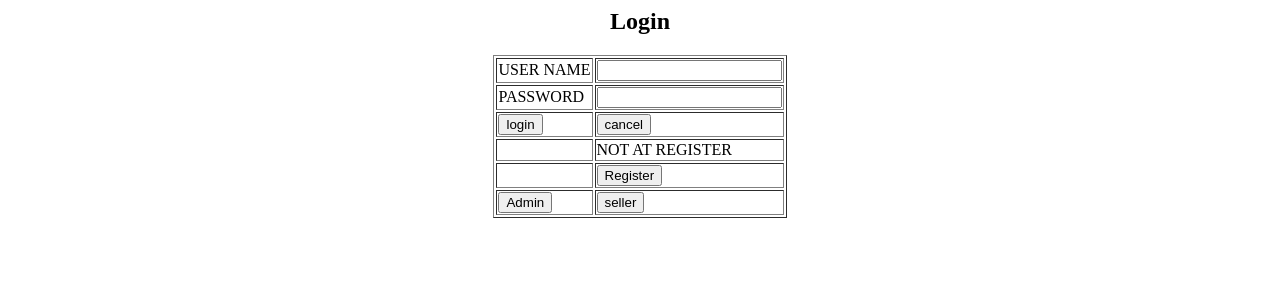
Repository: saik46573/sai
Page: http://localhost/Project/
These files come from the project's save history. The page is drawn as it stood at one moment and after the next save; the edit follows.
The browser window is 1280 px wide. The pictures show the whole page.
The page is served by Tomcat 9. Other server files are loaded and not shown.

Above is the page before, as saved 2023-08-08 09:38:36.

### eclipse-workspace/Project/src/main/webapp/index.jsp
<html>
<body>
<h2 align="center">Login </h2>
<form action="login" method="post">
	<table border="1px" align="center" style=border-collapse: collapse>
	<tr>
	<td>USER NAME</td>
	<td> <input type= "text" ></td>
	</tr>
	<tr>
	<td>PASSWORD</td>
	<td> <input type= "text" ></td>
	</tr>
	<tr>
	<td><input type="submit" value="login"></td>
	<td> <input type= "submit" value="cancel"></td>
	</tr>
	<tr>
	<td></td>
	<td>  NOT AT REGISTER  </td>
	</tr>
	<tr>
	<td></td>
	<td><input type="submit" value="Register">   </td>
	</tr>
	<tr>
	<td><input type="submit" value="Admin"></td>
	<td> <input type= "submit" value="seller"></td>
	</tr>
	</table>
</form>
</body>
</html>

After the next save:
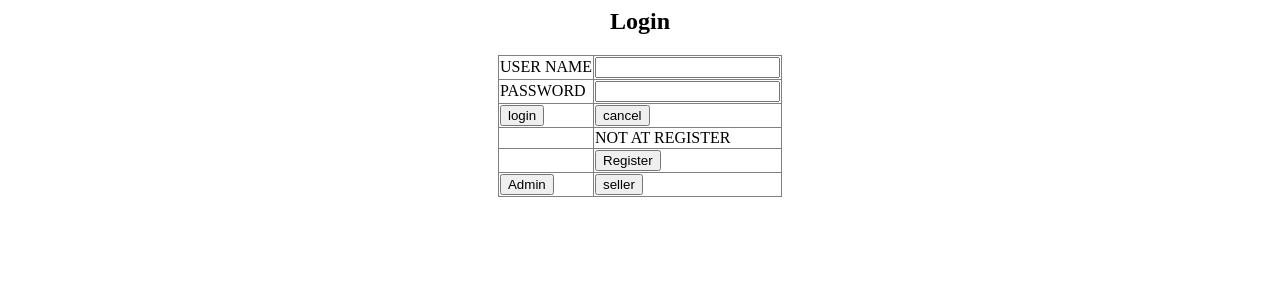
Saved 100 s later.
--- a/eclipse-workspace/Project/src/main/webapp/index.jsp
+++ b/eclipse-workspace/Project/src/main/webapp/index.jsp
@@ -2,7 +2,7 @@
 <body>
 <h2 align="center">Login </h2>
 <form action="login" method="post">
-	<table border="1px" align="center" style=border-collapse: collapse>
+	<table border="1px" align="center" style="border-collapse: collapse">
 	<tr>
 	<td>USER NAME</td>
 	<td> <input type= "text" ></td>
